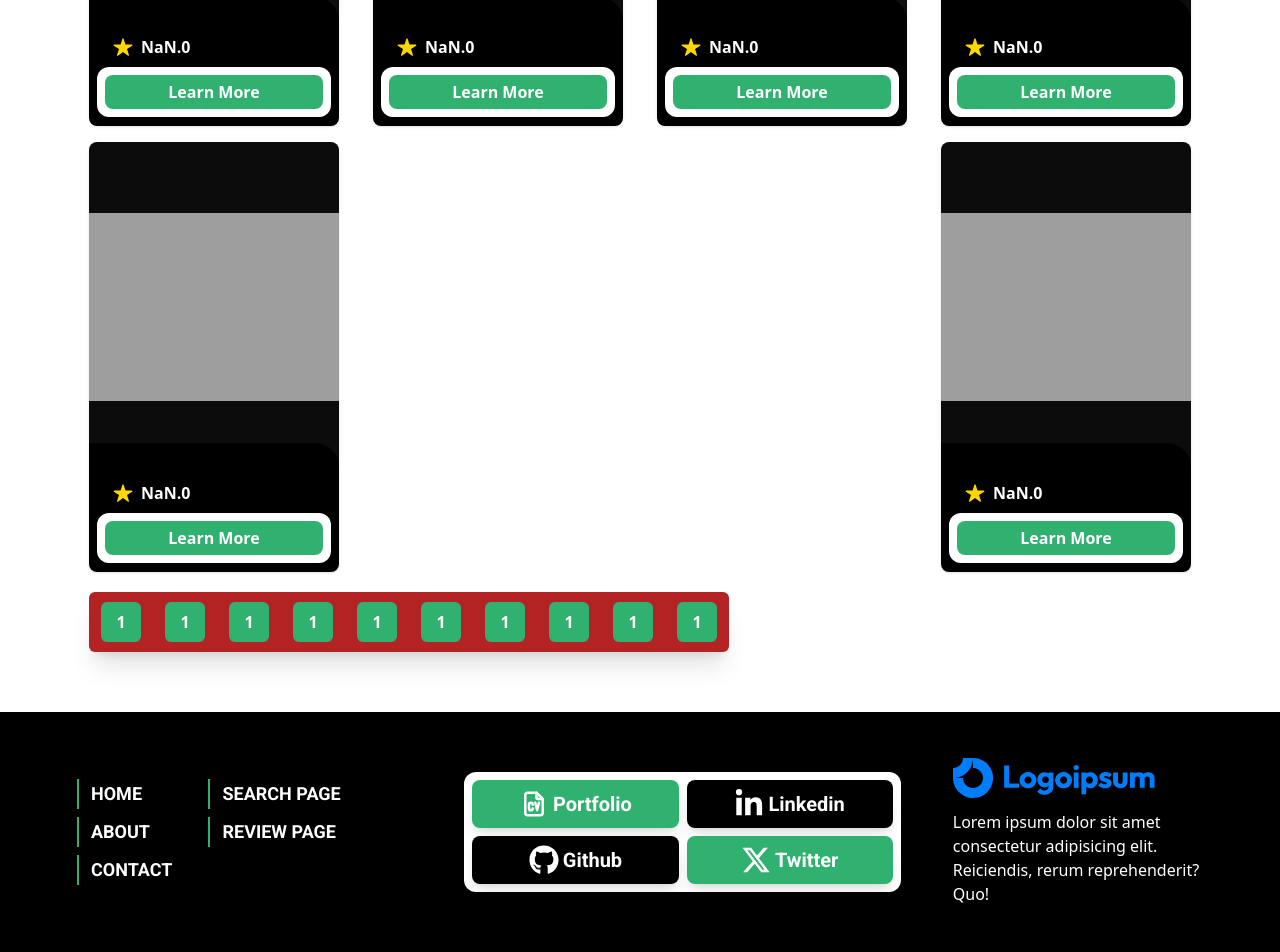
Repository: jayantatech/FrameFlick
Page: /movies
The author's editor kept a copy of each file at every save. The page is drawn from the files as they stood at one save, then again after the next save.
The browser window is 1280 px wide. The pictures show the part of the page from y = 1096 to 2048 px (the page is 2048 px tall).
Pictures or frames that could not be fetched are drawn as grey boxes. The page's requests for data from a server got no answer. The project was rebuilt for these pictures with package versions that can differ from the ones it lists, and the page was loaded fresh each time. No one was signed in, and anything a server would have sent is missing. Also part of the build but not shown: vite.config.js, src/components/header/SearchBar.jsx, src/components/sliderComponent/button.css, src/components/sliderComponent/SliderComponent.jsx, src/pages/home/comingAttractions/ComingAttractions.jsx, src/pages/home/currentFavorites/CurrentFavorites.jsx, src/pages/home/movieGenres/MovieGenres.jsx, src/components/responsiveTitle/responsiveTitle.jsx and 11 more.

Above is the page before, as saved 2024-02-13 19:11:37.

### index.html
<!doctype html>
<html lang="en">

<head>
  <meta charset="UTF-8" />
  <link rel="icon" type="image/svg+xml" href="/vite.svg" />
  <meta name="viewport" content="width=device-width, initial-scale=1.0" />
  <link
    href="https://fonts.googleapis.com/css?family=Roboto:100,100italic,300,300italic,regular,italic,500,500italic,700,700italic,900,900italic"
    rel="stylesheet" />
  <link
    href="https://fonts.googleapis.com/css?family=Poppins:100,100italic,200,200italic,300,300italic,regular,italic,500,500italic,600,600italic,700,700italic,800,800italic,900,900italic"
    rel="stylesheet" />
  <title>Vite + React</title>
</head>

<body>
  <div id="root"></div>
  <script type="module" src="/src/main.jsx"></script>
</body>

</html>

### src/main.jsx
import React from "react";
import ReactDOM from "react-dom/client";
import App from "./App.jsx";
import "./index.css";
import { Provider } from "react-redux";
import store from "./store/Store.js";

ReactDOM.createRoot(document.getElementById("root")).render(
  <React.StrictMode>
    <Provider store={store}>
      <App />
    </Provider>
  </React.StrictMode>
);

### src/App.jsx
import React, { useEffect } from "react";
import ContentWrapper from "./components/contentWrapper/ContentWrapper";
import Header from "./components/header/Header";
import SearchBar from "./components/header/SearchBar";
import { fetchDataFromApi } from "./Utils/api";
import { useDispatch, useSelector } from "react-redux";
import { setFilmGenres, setUrl } from "./store/HomeSlice";
import Home from "./pages/home/Home";
import fetchData from "./components/hooks/fetchData";
import VideoPopBox from "./components/videoPopBox/VideoPopBox";
import Footer from "./components/footer/Footer";
import ReviewPage from "./pages/reviewPage/ReviewPage";
import { BrowserRouter, Route, Routes } from "react-router-dom";
import MoviePage from "./pages/moviePage/MoviePage";

/*
main green color - #58DAA8
2nd main color - #30b170
light green color - #E6FFF8
deep Green color - #409E7A
deep Green color 2 - #5EBEA3

*/

const App = () => {
  const { data, loading } = fetchData("configuration");

  const dispatch = useDispatch();
  useEffect(() => {
    dispatch(setUrl(`${data?.images.secure_base_url + "original"}`));
  }, [data]);

  const { data: genresData, loading: genresLoading } = fetchData(
    `genre/movie/list?language=en`
  );
  useEffect(() => {
    dispatch(setFilmGenres(genresData && genresData?.genres));
  }, [genresData]);

  return (
    <BrowserRouter>
      <VideoPopBox />
      <Header />
      <Routes>
        <Route path="/" element={<Home />} />
        <Route path="/review/:film/:id" element={<ReviewPage />} />
        <Route path="/movies" element={<MoviePage />} />
      </Routes>
      {/* <div className=" w-full h-[800px]"></div> */}
      <Footer />
    </BrowserRouter>
  );
};

export default App;

### src/components/contentWrapper/ContentWrapper.jsx
import React from "react";

const ContentWrapper = ({ children }) => {
  return <div className="w-full max-w-[1158px] mx-auto px-4">{children}</div>;
};

export default ContentWrapper;

### src/components/hooks/fetchData.jsx
import React, { useEffect, useState } from "react";
import { fetchDataFromApi } from "../../Utils/api";

const fetchData = (url) => {
  const [data, setData] = useState(null);
  const [loading, setLoading] = useState(null);
  const [error, setError] = useState(null);

  useEffect(() => {
    setLoading(true);
    setData(null);
    setError(null);
    fetchDataFromApi(url)
      .then((res) => {
        if (res?.status === 404) {
          throw new Error("Videos not found for this video");
        } else {
          return res.json();
        }
      })
      .then((data) => {
        setLoading(false);
        setData(data);
      })
      .catch((error) => setError("Something went wrong"));
  }, [url]);

  return { data, loading, error };
};

export default fetchData;

### src/components/videoPopBox/VideoPopBox.jsx
import React, { useEffect, useState } from "react";
import { IoClose } from "react-icons/io5";
import { useDispatch, useSelector } from "react-redux";
import { setVideoPopBox } from "../../store/HomeSlice";
import ReactPlayer from "react-player";

const VideoPopBox = () => {
  const [activeVideo, setActiveVideo] = useState(false);
  const [videoInfo, setVideoInfo] = useState([]);
  const dispatch = useDispatch();
  const { vidboxOn, vidBoxInfo } = useSelector(
    (state) => state.home.VideoPopBox
  );
  useEffect(() => {
    if (vidboxOn) setActiveVideo(vidboxOn);
    if (vidBoxInfo) setVideoInfo(vidBoxInfo);
  }, [vidboxOn, vidBoxInfo]);

  // useEffect(() => {
  //   if (activeVideo) {
  //     document.body.style.overflow = "hidden";
  //   } else {
  //     document.body.style.overflow = "auto";
  //   }
  // }, [activeVideo]);

  function hideVideoBox() {
    dispatch(setVideoPopBox([{ vidBoxOnPass: false, vidBoxInfoPass: {} }]));
    setActiveVideo(false);
  }

  return (
    <div
      className={` fixed w-screen h-screen top-0 left-0 ${
        activeVideo ? "block z-40" : "hidden -z-0"
      }`}
    >
      <div
        className={` relative top-0 left-0 min-h-screen min-w-screen flex items-center justify-center overflow-hidden`}
      >
        <div
          className=" absolute top-0 left-0 w-full h-full bg-[#000000af]"
          onClick={hideVideoBox}
        ></div>
        <div
          className={`w-[840px] h-[540px] max-lg:w-[660px] max-lg:h-[440px] max-md:w-[360px] max-md:h-[240px] bg-[#fff] shadow-xl rounded-xl py-4 px-4 relative transition-all duration-300 ${
            activeVideo ? "translate-y-[0%]" : "translate-y-[150%]"
          }`}
        >
          <div
            className=" w-[50px] h-[50px] bg-[#30B170] hover:bg-[#58DAA8] text-black hover:text-gray-600  absolute -top-5 -right-5 rounded-full flex items-center justify-center text-4xl cursor-pointer"
            onClick={hideVideoBox}
          >
            <IoClose />
          </div>
          <div className=" w-full h-full bg-black">
            {videoInfo && (
              <ReactPlayer
                url={`https://www.youtube.com/watch?v=${videoInfo?.key}`}
                width={"100%"}
                height={"100%"}
              />
            )}
          </div>
        </div>
      </div>
    </div>
  );
};

export default VideoPopBox;

### src/pages/moviePage/MoviePage.jsx
import React from "react";
import HeroMovie from "./heroMovie/HeroMovie";
import AllMovies from "./allMovies/AllMovies";

const MoviePage = () => {
  return (
    <div>
      <HeroMovie />
      <AllMovies />
    </div>
  );
};

export default MoviePage;

### src/pages/moviePage/heroMovie/HeroMovie.jsx
import React, { useEffect, useState } from "react";
import MyImage from "../../../components/myImage/MyImage";
import fetchData from "../../../components/hooks/fetchData";
import { useSelector } from "react-redux";
import MovieHeroInfo from "../../../components/movieHeroInfo/MovieHeroInfo";

const HeroMovie = () => {
  const [storeGen, setStoreGen] = useState([]);
  const [filmInfo, setFilmInfo] = useState([]);
  const [storeRendom, setStoreRendom] = useState(null);
  const { data, loading } = fetchData(`trending/movie/week`);
  const { url, filmGenres } = useSelector((state) => state.home);

  useEffect(() => {
    let rendomData;
    if (data?.results) {
      const genRanNum = Math.floor(Math.random() * 19);
      rendomData = data?.results[genRanNum];
      setStoreRendom(rendomData);
      console.log(data);
    }
  }, [data]);

  // let testData = storeRendom && storeRendom;
  let movieHeroData = storeRendom && storeRendom;
  useEffect(() => {
    let storeGenNum = [];
    if (movieHeroData) {
      filmGenres?.forEach((element) => {
        if (movieHeroData?.genre_ids.includes(element?.id)) {
          storeGenNum.push(element);
        }
      });
    }
    setStoreGen(storeGenNum);
  }, [filmGenres, movieHeroData]);
  console.log(storeGen);
  return (
    <div className=" w-full h-[590px] max-md:h-[670px] bg-black relative">
      <div className=" w-full h-full bg-[#0000005d] absolute top-0 left-0 z-10"></div>
      <div className=" overflow-hidden w-full h-full absolute top-0 left-0 z-0 ">
        <MyImage
          src={`${url}${!loading && movieHeroData?.backdrop_path}`}
          className={"max-lg:scale-150 max-md:scale-[4]"}
        />
      </div>
      <MovieHeroInfo movieHeroData={movieHeroData} storeGen={storeGen} />
    </div>
  );
};

export default HeroMovie;

### src/pages/moviePage/allMovies/AllMovies.jsx
import React from "react";
import ContentWrapper from "../../../components/contentWrapper/ContentWrapper";
import FilmCard from "../../../components/filmCard/FilmCard";

const AllMovies = () => {
  return (
    <div>
      <ContentWrapper>
        <div className=" py-[60px] px-3">
          <div className=" py-3">
            <h2 className=" capitalize text-3xl font-[Roboto] font-bold">
              our Movie suggestions
            </h2>
          </div>
          <div className=" w-full h-auto flex py-5 flex-row flex-wrap gap-4 items-center justify-between">
            <FilmCard />
            <FilmCard />
            <FilmCard />
            <FilmCard />
            <FilmCard />
            <FilmCard />
          </div>
          <div className=" w-full h-auto flex items-center">
            <div className=" w-fit px-3 h-[60px] bg-[#b42323] shadow-xl rounded-md flex items-center justify-center gap-6">
              <div className=" w-[40px] h-[40px] bg-[#30B170] text-white rounded-md flex items-center justify-center font-semibold">
                1
              </div>
              <div className=" w-[40px] h-[40px] bg-[#30B170] text-white rounded-md flex items-center justify-center font-semibold">
                1
              </div>
              <div className=" w-[40px] h-[40px] bg-[#30B170] text-white rounded-md flex items-center justify-center font-semibold">
                1
              </div>
              <div className=" w-[40px] h-[40px] bg-[#30B170] text-white rounded-md flex items-center justify-center font-semibold">
                1
              </div>
              <div className=" w-[40px] h-[40px] bg-[#30B170] text-white rounded-md flex items-center justify-center font-semibold">
                1
              </div>
              <div className=" w-[40px] h-[40px] bg-[#30B170] text-white rounded-md flex items-center justify-center font-semibold">
                1
              </div>
              <div className=" w-[40px] h-[40px] bg-[#30B170] text-white rounded-md flex items-center justify-center font-semibold">
                1
              </div>
              <div className=" w-[40px] h-[40px] bg-[#30B170] text-white rounded-md flex items-center justify-center font-semibold">
                1
              </div>
              <div className=" w-[40px] h-[40px] bg-[#30B170] text-white rounded-md flex items-center justify-center font-semibold">
                1
              </div>
              <div className=" w-[40px] h-[40px] bg-[#30B170] text-white rounded-md flex items-center justify-center font-semibold">
                1
              </div>
            </div>
          </div>
        </div>
      </ContentWrapper>
    </div>
  );
};

export default AllMovies;

### src/components/myImage/MyImage.jsx
import React from "react";
import { LazyLoadImage } from "react-lazy-load-image-component";
import "react-lazy-load-image-component/src/effects/blur.css";

const MyImage = ({ src, className, alt }) => (
  <div className=" w-full min-h-full flex items-center justify-center overflow-hidden bg-contain">
    <LazyLoadImage
      alt={alt ? alt : "Frameflick"}
      src={src}
      effect="blur"
      width={"100%"}
      height={"100%"}
      className={`${className}`}
    />
  </div>
);

export default MyImage;

### src/components/movieHeroInfo/MovieHeroInfo.jsx
import React, { useEffect, useState } from "react";
import { IoIosStar } from "react-icons/io";
import ContentWrapper from "../contentWrapper/ContentWrapper";
import GenresCard from "../genresCard/GenresCard";
import BothButton from "../bothButton/BothButton";
import ResponsiveTitle from "../responsiveTitle/responsiveTitle";
import ResponsiveText from "../responsiveText/ResponsiveText";
import RattingBox from "../rattingBox/RattingBox";
import DateBox from "../dateBox/DateBox";

const MovieHeroInfo = ({ movieHeroData, storeGen }) => {
  const [storeSlice, setStoreSlice] = useState(null);
  useEffect(() => {
    const slicGen = storeGen && storeGen?.slice(0, 3);
    setStoreSlice(slicGen);
  }, [storeGen]);

  console.log(storeGen);
  return (
    <ContentWrapper>
      <div className=" relative top-0 left-0 w-full h-[590px] max-md:h-[670px] flex items-end justify-center py-4 z-20">
        <div className=" w-full min-h-[270px] max-lg:min-h-[270px] max-md:min-h-[470px] rounded-lg  bg-[#636262] backdrop-filter backdrop-blur-sm bg-opacity-60 p-4 max-lg:px-2 flex flex-row gap-2 max-md:flex-col">
          <div className=" md:w-3/6">
            <h2 className=" text-3xl font-[Roboto] font-bold text-white min-h-[40px]">
              {movieHeroData?.original_title}
            </h2>
            {/* <ResponsiveTitle data={testData} /> */}
            <div className=" w-full h-[40px]  my-2 flex items-center flex-row gap-2 px-2">
              <DateBox data={movieHeroData} />
              <RattingBox data={movieHeroData} />
            </div>
            {
              <div className=" w-full h-[60px] max-md:h-[80px] max-lg:h-[90px] flex items-center justify-start px-2 flex-row gap-2">
                <ResponsiveText data={movieHeroData} upTo={15} />
              </div>
            }
            <div className=" px-2 py-3 flex items-center justify-center gap-2 flex-row">
              <BothButton data={movieHeroData} />
            </div>
          </div>
          <div className=" md:w-3/6 max-h-[210px] max-lg:max-h-[240px] max-md:min-h-[240px] px-3 py-3 flex items-center justify-start gap-6 max-lg:gap-3 flex-wrap flex-col">
            <div className=" w-full py-1 bg-[#000] text-white text-center rounded-md">
              <span className=" font-[Roboto] font-semibold text-lg">
                {" "}
                {movieHeroData?.original_title} Genres
              </span>
            </div>
            <div className=" flex items-center justify-center gap-3 flex-wrap flex-row max-md:flex-row ">
              {storeSlice?.map((item, index) => (
                <GenresCard key={index} item={item} />
              ))}
            </div>
          </div>
        </div>
      </div>
    </ContentWrapper>
  );
};

export default MovieHeroInfo;

### src/components/filmCard/FilmCard.jsx
import React, { useState } from "react";
import { useDispatch, useSelector } from "react-redux";
import { IoStar } from "react-icons/io5";
import fetchData from "../hooks/fetchData";
import { setVideoPopBox } from "../../store/HomeSlice";
import MyImage from "../myImage/MyImage";
import { useLoaderData, useLocation, useNavigate } from "react-router";

const FilmCard = ({ data, loading }) => {
  const [videoBoxActive, setVideoBoxActive] = useState(false);
  const dispatch = useDispatch();
  const { url } = useSelector((state) => state?.home);
  const { currentTabValu } = useSelector((state) => state?.home);

  const { data: newData, loading: newLoading } = fetchData(
    `${currentTabValu}/${data?.id && data?.id}/videos`
  );

  const averageVote = data && data?.vote_average;
  const votePointer = Number(
    data && data?.vote_average.toString().split(".")[1]
  );

  const originalTitle = data?.original_title || data?.name || "";
  let truncatedTitle;

  if (originalTitle.length >= 18) {
    truncatedTitle = originalTitle.slice(0, 18) + "...";
  } else {
    truncatedTitle = originalTitle;
  }

  let newReleaseDate = data?.release_date || data?.first_air_date;
  const oneVideo = newData?.results?.filter((item) => item?.key);
  const oneTrailer = oneVideo && oneVideo[0];
  const releaseDate =
    newReleaseDate &&
    new Intl.DateTimeFormat("en-US", {
      day: "2-digit",
      month: "short",
      year: "2-digit",
    }).format(new Date(newReleaseDate));
  const openVideoBox = () => {
    dispatch(
      setVideoPopBox([{ vidBoxOnPass: true, vidBoxInfoPass: oneTrailer }])
    );
  };
  const navigateNew = useNavigate();
  const location = useLocation();

  const navigateToNewPage = () => {
    navigateNew(`/review/${currentTabValu}/${data?.id}`);
  };

  return (
    <div className="w-[250px] max-lg:max-w-[220px] max-lg:h-[380px] h-[430px] max-md:w-[240px] rounded-lg overflow-hidden shadow cursor-pointer transition-all duration-300 bg-yellow">
      <div className=" w-full h-full relative">
        <div className=" w-full h-[77%] bg-[#000000f3] overflow-hidden">
          {!loading && (
            <MyImage
              src={`${url}${data?.poster_path}`}
              className="w-full h-full"
            />
          )}
        </div>
        <div className="absolute flex flex-col bottom-0 left-0 w-full h-[30%] bg-gradient-to-b from-[#000000] via-[#000000] to-[#000000] p-2 rounded-tr-3xl text-white">
          <div className="w-full h-[30px] overflow-hidden">
            <h3 className=" text-white text-xl font-semibold">
              {truncatedTitle}
            </h3>
          </div>
          <div className=" flex gap-4">
            <p className=" font-bold">{releaseDate}</p>
            <span className=" flex items-center justify-center gap-2 font-bold">
              <span className=" font-bold text-xl text-[#FFD700]">
                <IoStar />
              </span>
              {`${Math.floor(averageVote)}.${
                votePointer ? votePointer.toString().slice(0, 1) : "0"
              }`}
            </span>
          </div>
          <div className=" w-full h-[50px] bg-white px-2 rounded-xl py-2 flex items-center justify-center gap-2 max-lg:gap-1 font-bold mt-2">
            {oneTrailer && (
              <button
                className=" h-full w-full bg-[black] col-span-1 rounded-lg transition-all duration-300 hover:shadow-md hover:scale-105"
                onClick={openVideoBox}
              >
                Trailer
              </button>
            )}
            <button
              className="h-full w-full bg-[#30b170] rounded-lg transition-all duration-300 hover:shadow-md hover:scale-105"
              onClick={navigateToNewPage}
            >
              Learn More
            </button>
          </div>
        </div>
      </div>
    </div>
  );
};

export default FilmCard;

### src/components/responsiveText/ResponsiveText.jsx
import React from "react";

const ResponsiveText = ({ data, upTo = 20 }) => {
  function getTheDescription(description) {
    const words = description.split(" ").slice(0, upTo).join(" ") + "...";
    return words;
  }
  return (
    <p className=" font-[Poppins] text-lg text-white ">
      {data && getTheDescription(data?.overview)}
    </p>
  );
};

export default ResponsiveText;

### src/components/bothButton/BothButton.jsx
import React from "react";
import { useDispatch } from "react-redux";
import { setVideoPopBox } from "../../store/HomeSlice";
import fetchData from "../hooks/fetchData";
import { useNavigate } from "react-router";

const BothButton = ({ data }) => {
  const { data: newData, loading: newLoading } = fetchData(
    `movie/${data?.id && data?.id}/videos`
  );
  const oneVideo = newData?.results?.filter((item) => item?.key);
  const oneTrailer = oneVideo && oneVideo[0];

  const dispatch = useDispatch();
  const openVideoBox = () => {
    dispatch(
      setVideoPopBox([{ vidBoxOnPass: true, vidBoxInfoPass: oneTrailer }])
    );
  };

  const navigateNew = useNavigate();

  const navigateToNewPage = () => {
    navigateNew(`/review/${"movie"}/${data?.id}`);
  };
  return (
    <>
      <button
        className=" w-full h-[50px] max-lg:h-[40px] bg-[#000] rounded-md text-white font-bold text-2xl font-[Roboto] hover:scale-95 transition-all duration-300 max-lg:text-xl"
        onClick={openVideoBox}
      >
        Trailer
      </button>
      <button
        className=" w-full h-[50px] bg-[#30B170] rounded-md text-white font-bold text-2xl font-[Roboto]  hover:scale-95 transition-all duration-300 max-lg:h-[40px] max-lg:text-xl"
        onClick={navigateToNewPage}
      >
        Learn More
      </button>
    </>
  );
};

export default BothButton;

### src/components/rattingBox/RattingBox.jsx
import React from "react";
import { IoStar } from "react-icons/io5";

const RattingBox = ({ data }) => {
  const averageVote = data && data?.vote_average;

  const votePointer = Number(
    data && data?.vote_average.toString().split(".")[1]
  );

  return (
    <>
      {
        <div className=" text-lg font-extrabold font-[Roboto] flex items-center justify-start gap-2 px-2 py-1 rounded-lg bg-white md:w-[150px]  max-md:w-[50%]">
          Rating:
          <span className=" text-[#ffd700] text-2xl flex items-center justify-center font-bold">
            <IoStar />
          </span>
          {averageVote &&
            votePointer &&
            `${Math.floor(averageVote)}.${
              votePointer ? votePointer.toString().slice(0, 1) : "0"
            }`}
        </div>
      }
    </>
  );
};

export default RattingBox;

### src/components/dateBox/DateBox.jsx
import React from "react";

const DateBox = ({ data }) => {
  function timeFormath(timeTo) {
    const releaseDate = new Intl.DateTimeFormat("en-US", {
      day: "2-digit",
      month: "short",
      year: "2-digit",
    }).format(new Date(timeTo));
    return releaseDate;
  }
  return (
    <div className=" text-lg font-extrabold font-[Roboto] flex items-center justify-start gap-2 px-2 py-1 rounded-lg bg-white md:w-[160px] max-md:w-[50%]">
      Data:
      <span className="font-bold max-md:text-base">
        {data && timeFormath(data?.release_date)}
      </span>
    </div>
  );
};

export default DateBox;

Loaded but not shown: src/index.css (common file); tailwind.config.js (common file); src/store/HomeSlice.js (34 lines, source omitted); src/Utils/api.js (20 lines, source omitted); src/store/Store.js (10 lines, source omitted); src/assets/icons/index.js (3 lines, source omitted); src/components/header/Header.jsx (153 lines, source omitted); src/components/footer/Footer.jsx (83 lines, source omitted)

After the next save:
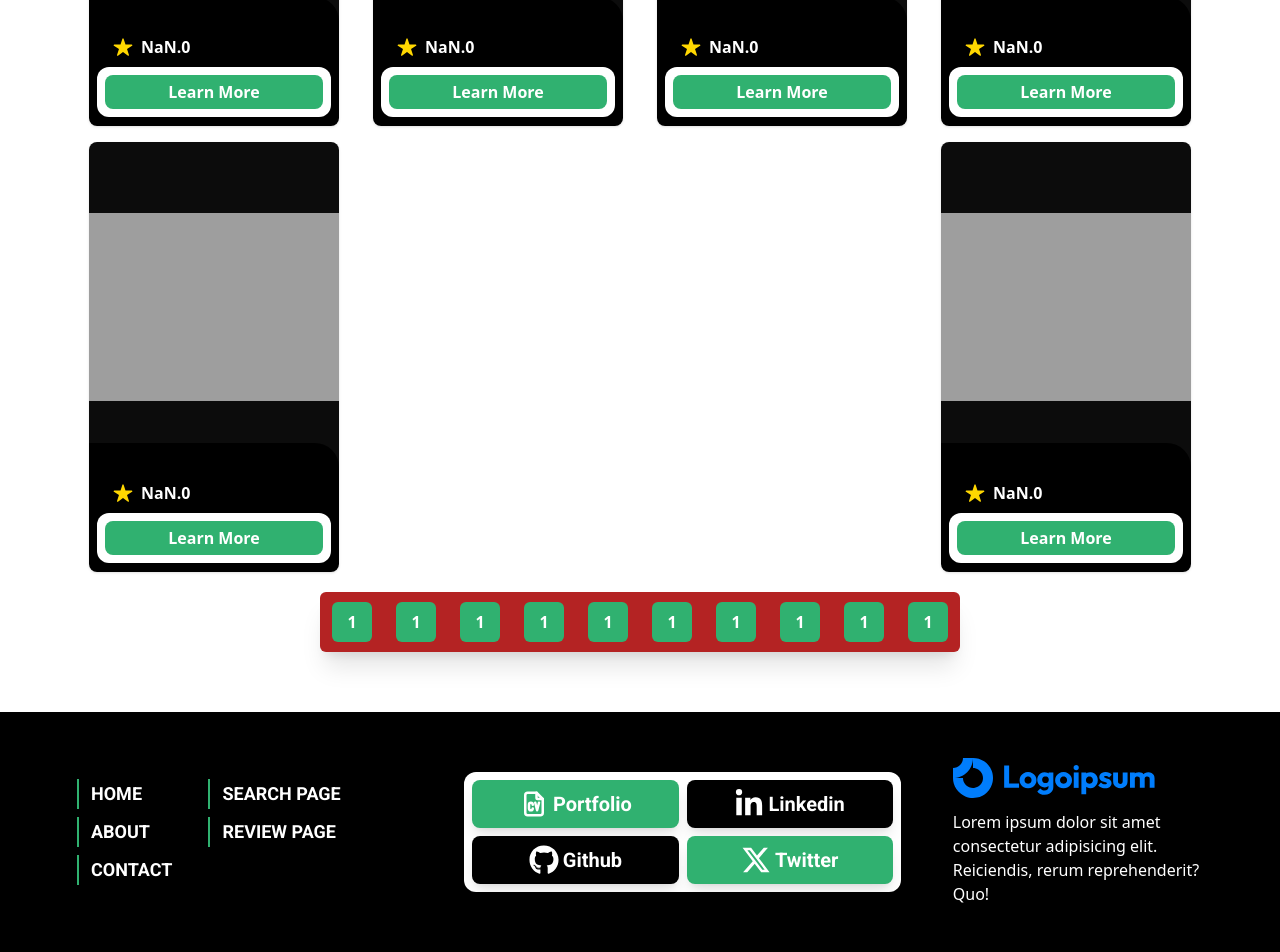
Saved 4 s later.
--- a/src/pages/moviePage/allMovies/AllMovies.jsx
+++ b/src/pages/moviePage/allMovies/AllMovies.jsx
@@ -20,7 +20,7 @@ const AllMovies = () => {
             <FilmCard />
             <FilmCard />
           </div>
-          <div className=" w-full h-auto flex items-center">
+          <div className=" w-full h-auto flex items-center justify-center">
             <div className=" w-fit px-3 h-[60px] bg-[#b42323] shadow-xl rounded-md flex items-center justify-center gap-6">
               <div className=" w-[40px] h-[40px] bg-[#30B170] text-white rounded-md flex items-center justify-center font-semibold">
                 1
